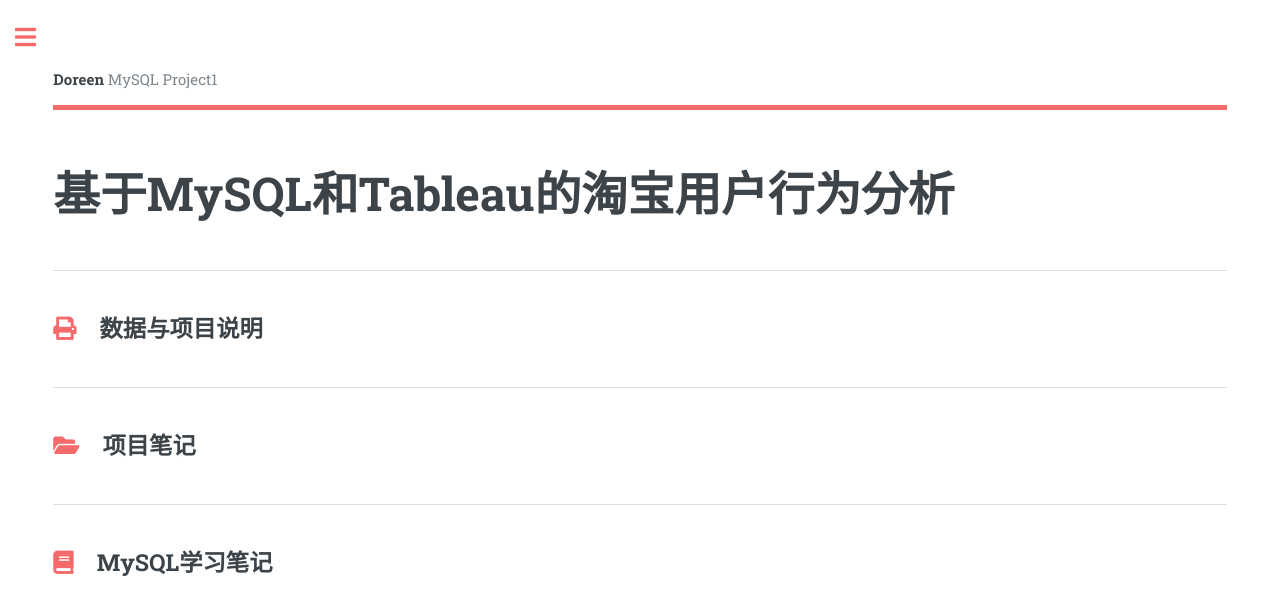
Repository: Hpz3859/Hpz3859.github.io
Page: MySQL_taobao.html
These files come from the project's save history. The page is drawn as it stood at one moment and after the next save; the edit follows.
The browser window is 1280 px wide. The pictures show the whole page.

Above is the page before, as saved 2025-03-31 21:16:24.

### MySQL_taobao.html
<!DOCTYPE HTML>
<!--
	Editorial by HTML5 UP
	html5up.net | @ajlkn
	Free for personal and commercial use under the CCA 3.0 license (html5up.net/license)
-->
<html>
	<head>
		<title>Doreen project1</title>
		<meta charset="utf-8" />
		<meta name="viewport" content="width=device-width, initial-scale=1, user-scalable=no" />
		<link rel="stylesheet" href="assets/css/main.css" />
	</head>
	<body class="is-preload">

		<!-- Wrapper -->
			<div id="wrapper">

				<!-- Main -->
					<div id="main">
						<div class="inner">

							<!-- Header -->
								<header id="header">
									<a href="MySQL_taobao.html" class="logo"><strong>Doreen</strong> MySQL Project1</a>
									<!--
									<ul class="icons">
										<li><a href="#" class="icon brands fa-twitter"><span class="label">Twitter</span></a></li>
										<li><a href="#" class="icon brands fa-facebook-f"><span class="label">Facebook</span></a></li>
										<li><a href="#" class="icon brands fa-snapchat-ghost"><span class="label">Snapchat</span></a></li>
										<li><a href="#" class="icon brands fa-instagram"><span class="label">Instagram</span></a></li>
										<li><a href="#" class="icon brands fa-medium-m"><span class="label">Medium</span></a></li>
									</ul>
									-->
								</header>

							<!-- Content -->
								<section>
									<header class="main">
										<h1>基于MySQL和Tableau的淘宝用户行为分析</h1>
									</header>

									<!-- Content -->
									<hr class="major" />

									<div class="content">
										<h2>
											<span class="icon solid fa-print" style="color: #f56a6a;"></span>
											&nbsp;&nbsp;
											数据与项目说明
										</h2>
									</div>


									<hr class="major" />

									<div class="content">
										<h2>
											<span class="icon solid fa-folder-open" style="color: #f56a6a;"></span>
											&nbsp;&nbsp;
											<a href="projects.html" class="logo">项目笔记</a>
										</h2>
									</div>

									<hr class="major" />

									<div class="content">
										<h2>
											<span class="icon solid fa-book" style="color: #f56a6a;"></span>
											&nbsp;&nbsp;
											<a href="mysql.html" class="logo">MySQL学习笔记</a>
										</h2>
									</div>
								</section>

						</div>
					</div>

				<!-- Sidebar -->
					<div id="sidebar">
						<div class="inner">

							<!-- Search -->
								<section id="search" class="alt">
									<form method="post" action="#">
										<input type="text" name="query" id="query" placeholder="Search" />
									</form>
								</section>

							<!-- Menu -->
								<nav id="menu">
									<header class="major">
										<h2>目录</h2>
									</header>
									<ul>
										<li><a href="./index.html">主页</a></li>
										<li>
											<span class="opener">文章</span>
											<ul>
												<li><a href="experience.html">过往经历</a></li>
												<li><a href="#">数据挖掘</a></li>
												<li><a href="#">量化与投资</a></li>
												<li><a href="moments.html">随笔</a></li>
											</ul>
										</li>
										<li>
											<span class="opener">视频</span>
											<ul>
												<li><a href="#">待更新</a></li>
												<li><a href="#">待更新</a></li>
											</ul>
										</li>

									</ul>
								</nav>


							<!-- Footer -->
							 <!--
								<footer id="footer">
									<p class="copyright">&copy; Untitled. All rights reserved. Demo Images: <a href="https://unsplash.com">Unsplash</a>. Design: <a href="https://html5up.net">HTML5 UP</a>.</p>
								</footer>
							-->

						</div>
					</div>

			</div>

		<!-- Scripts -->
			<script src="assets/js/jquery.min.js"></script>
			<script src="assets/js/browser.min.js"></script>
			<script src="assets/js/breakpoints.min.js"></script>
			<script src="assets/js/util.js"></script>
			<script src="assets/js/main.js"></script>

	</body>
</html>

Loaded but not shown: assets/js/jquery.min.js (library); assets/js/browser.min.js (common file); assets/js/breakpoints.min.js (common file); assets/css/fontawesome-all.min.css (library); assets/js/util.js (587 lines, source omitted); assets/js/main.js (262 lines, source omitted); assets/css/main.css (2283 lines, source omitted)

After the next save:
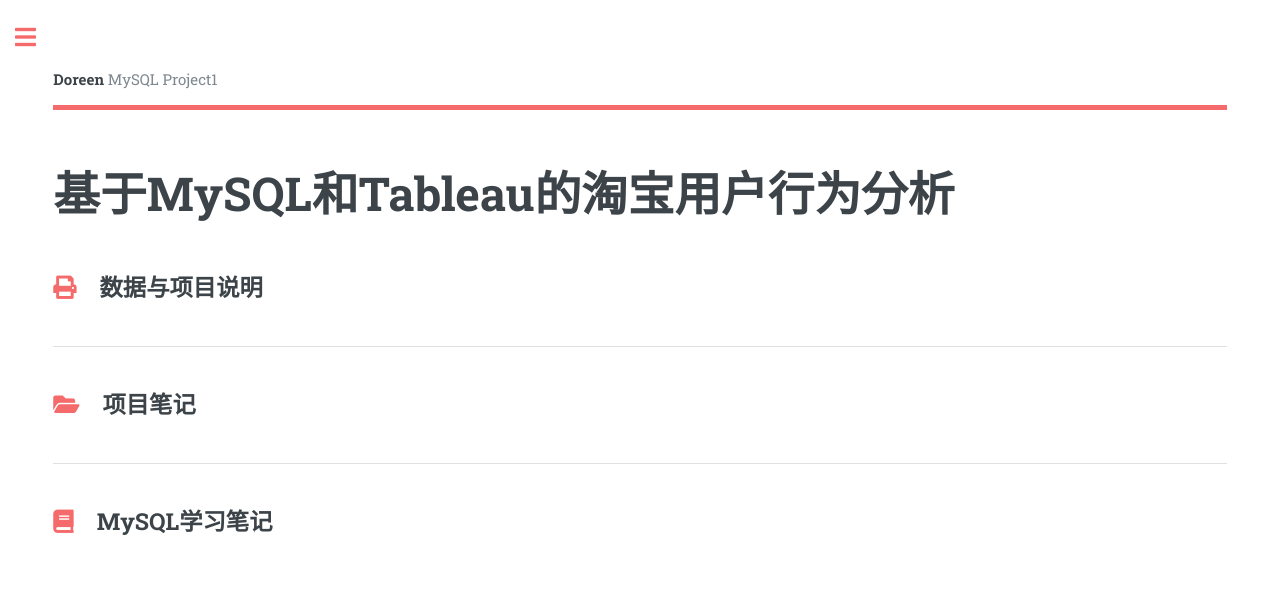
Saved 13 s later.
--- a/MySQL_taobao.html
+++ b/MySQL_taobao.html
@@ -41,7 +41,7 @@
 									</header>
 
 									<!-- Content -->
-									<hr class="major" />
+									<!-- <hr class="major" /> -->
 
 									<div class="content">
 										<h2>
